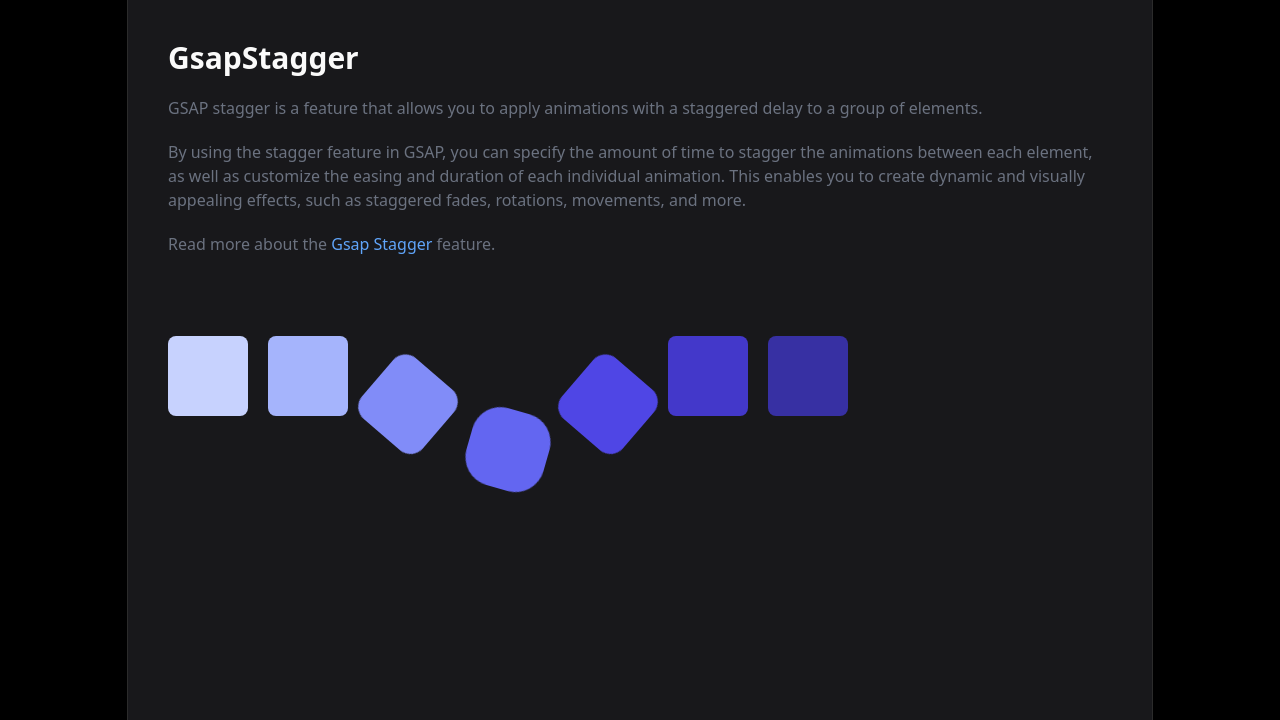
Repository: mgoyeghiaian/gsap-Starter
Page: /gsapstagger
The author's editor kept a copy of each file at every save. The page is drawn from the files as they stood at one save, then again after a run of saves.
The browser window is 1280 px wide. The pictures show the whole page.
The project was rebuilt for these pictures with package versions that can differ from the ones it lists, and the page was loaded fresh each time. Also part of the build but not shown: vite.config.js, src/pages/Home.jsx, src/pages/GsapTo.jsx, src/pages/GsapFrom.jsx, src/pages/GsapFromTo.jsx, src/pages/GsapTimeline.jsx, src/pages/GsapScrollTrigger.jsx, src/pages/GsapText.jsx.

Above is the page before, as saved 2024-03-17 23:55:02.

### src/pages/GsapStagger.jsx
import { useGSAP } from "@gsap/react";
import gsap from "gsap";

const GsapStagger = () => {
  // TODO: Implement the gsap.stagger() method
  useGSAP(() => {
    gsap.to('.stagger-box', {
      y: 250,
      rotation: 360,
      borderRadius: '100%',
      repeat: -1,
      yoyo: true,
      // stagger: 0.5,
      stagger: {
        amount: 0.4,
        grid: [3, 1],
        axis: 'y',
        ease: "circ.inOut",
        from: "center",
      }
    });
  }, [])
  return (
    <main>
      <h1>GsapStagger</h1>

      <p className="mt-5 text-gray-500">
        GSAP stagger is a feature that allows you to apply animations with a
        staggered delay to a group of elements.
      </p>

      <p className="mt-5 text-gray-500">
        By using the stagger feature in GSAP, you can specify the amount of time
        to stagger the animations between each element, as well as customize the
        easing and duration of each individual animation. This enables you to
        create dynamic and visually appealing effects, such as staggered fades,
        rotations, movements, and more.
      </p>

      <p className="mt-5 text-gray-500">
        Read more about the{" "}
        <a
          href="https://gsap.com/resources/getting-started/Staggers"
          target="_blank"
          rel="noreferrer noopener nofollow"
        >
          Gsap Stagger
        </a>{" "}
        feature.
      </p>

      <div className="mt-20">
        <div className="flex gap-5">
          <div className="w-20 h-20 bg-indigo-200 rounded-lg stagger-box" />
          <div className="w-20 h-20 bg-indigo-300 rounded-lg stagger-box" />
          <div className="w-20 h-20 bg-indigo-400 rounded-lg stagger-box" />
          <div className="w-20 h-20 bg-indigo-500 rounded-lg stagger-box" />
          <div className="w-20 h-20 bg-indigo-600 rounded-lg stagger-box" />
          <div className="w-20 h-20 bg-indigo-700 rounded-lg stagger-box" />
          <div className="w-20 h-20 bg-indigo-800 rounded-lg stagger-box" />
        </div>
      </div>
    </main>
  );
};

export default GsapStagger;

Loaded but not shown: index.html (common file); src/main.jsx (common file); src/App.jsx (common file); src/index.css (common file); src/pages/index.jsx (common file); tailwind.config.js (common file)

After the next 2 saves:
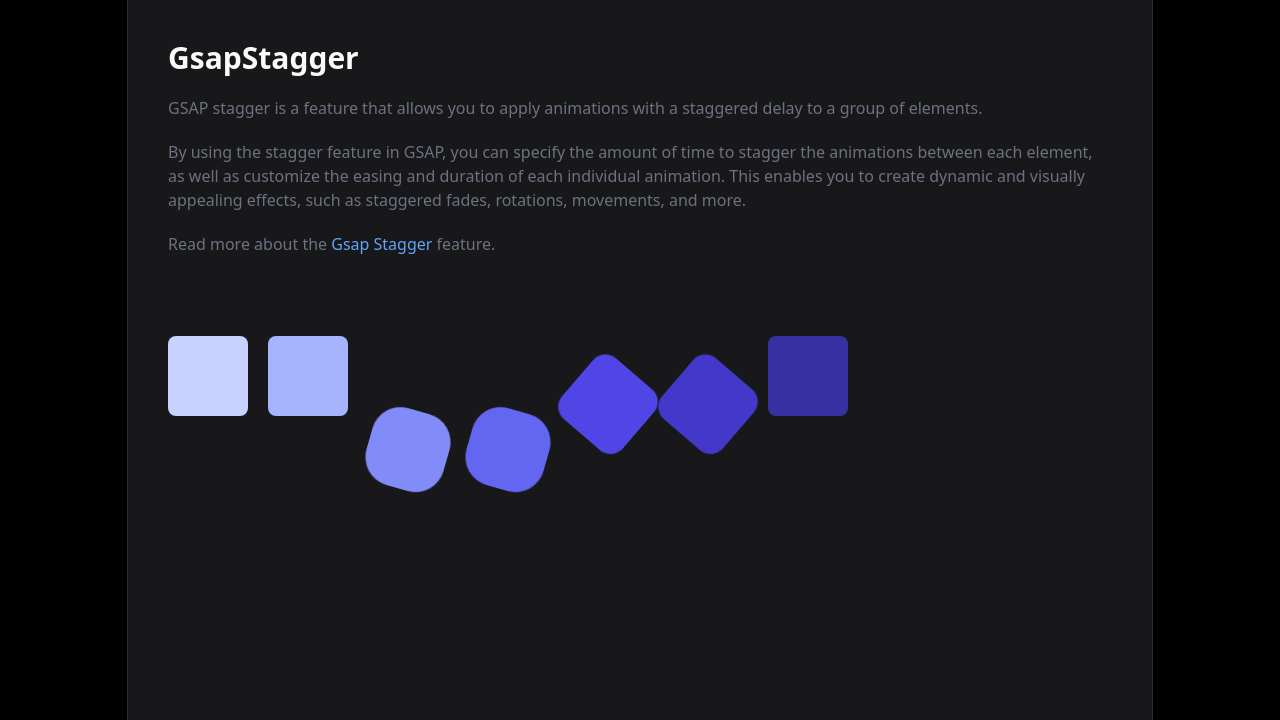
The 2 saves are shown as one change because they came seconds apart.
The last was saved 7 s later.
--- a/src/pages/GsapStagger.jsx
+++ b/src/pages/GsapStagger.jsx
@@ -13,7 +13,7 @@
       // stagger: 0.5,
       stagger: {
         amount: 0.4,
-        grid: [3, 1],
+        grid: [2, 2],
         axis: 'y',
         ease: "circ.inOut",
         from: "center",
